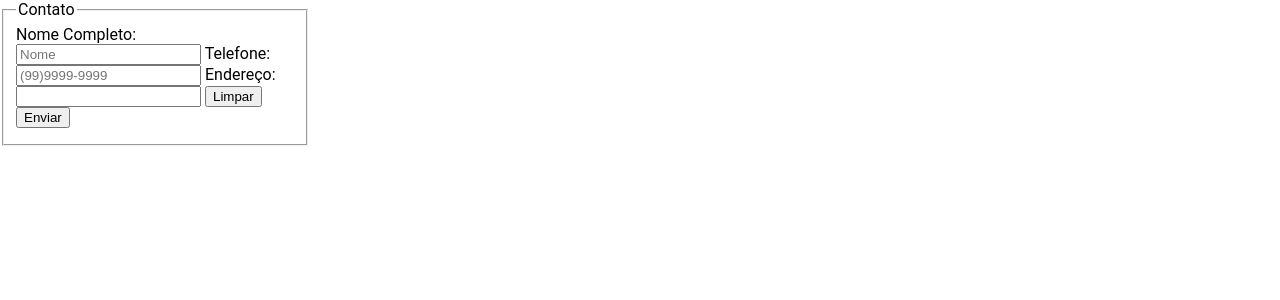
Repository: PedroViniciusVeiga/ProjetoColdigo
Page: exemploServlet/WebContent/contato.html
The author's editor kept a copy of each file at every save. The page is drawn from the files as they stood at one save, then again after the next save.
The browser window is 1280 px wide. The pictures show the whole page.

Above is the page before, as saved 2021-04-07 02:27:28.

### exemploServlet/WebContent/contato.html
<!DOCTYPE html>
<html>
<head>
<meta charset="UTF-8">
<title>Registro de Contatos</title>
<link rel="stylesheet" type="text/css" href="css/siteContato.css">

</head>

<body>
<section>
<div class="blocoForm">
	<form name="dadosdecontato" method="post" action="#" class="formContato">
		<fieldset>
			<legend>Contato</legend>
			<label for="nome">Nome Completo:</label> <input type="text" name="txtnome"  id="nome" placeholder="Nome">
			<label for="fone">Telefone:</label> <input type="text" name="txtfone" placeholder=(99)9999-9999 id="fone">
			<label for="end">Endereço:</label> <input type="text" name="txtend"  id="end">
			<button type="reset">Limpar</button> <button type="submit" id="enviar">Enviar</button>
			<table>
				<tr>

					<td></td>
				</tr>
			</table>
		</fieldset>
	</form>
	</div>
</section>
</body>

</html>

### exemploServlet/WebContent/css/siteContato.css
@charset "UTF-8";

			/*Corpo da página*/

body {
	margin: 0 auto;
	font-family: "Roboto", sans-serif;
}

section{
	clear:both;
	min-height:300px;
	width: 100%;
	margin-top:0px;
}

.blocoForm{
	float:left;
	width: 310px;
	height: 400px;
}

After the next save:
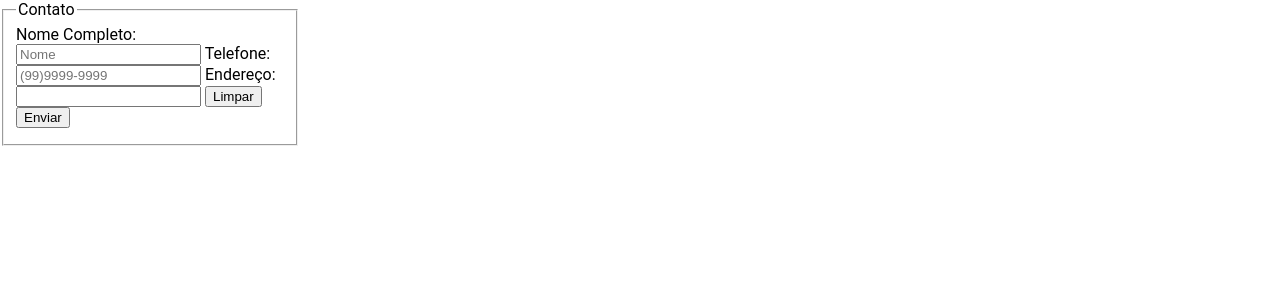
Saved 7 s later.
--- a/exemploServlet/WebContent/css/siteContato.css
+++ b/exemploServlet/WebContent/css/siteContato.css
@@ -16,6 +16,6 @@ section{
 
 .blocoForm{
 	float:left;
-	width: 310px;
+	width: 300px;
 	height: 400px;
 }
